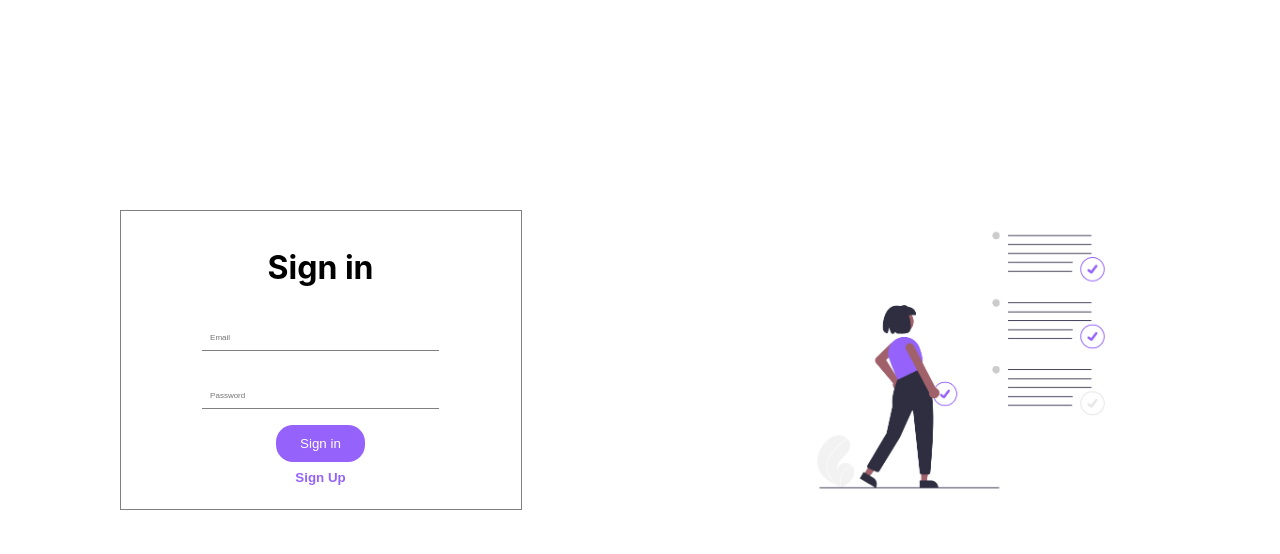
Repository: EEOOOO/wanted-pre-onboarding-fe
Page: / (app in to-do-list-app/)
The author's editor kept a copy of each file at every save. The page is drawn from the files as they stood at one save, then again after the next save.
The browser window is 1280 px wide. The pictures show the whole page.
The project was rebuilt for these pictures with package versions that can differ from the ones it lists, and the page was loaded fresh each time. Also part of the build but not shown: to-do-list-app/src/components/sign_up/sign_up.module.css, to-do-list-app/src/components/sign_up/sign_up.jsx, to-do-list-app/src/components/todoList/todo_list.jsx.

Above is the page before, as saved 2022-08-22 00:30:56.

### to-do-list-app/public/index.html
<!DOCTYPE html>
<html lang="en">
  <head>
    <meta charset="utf-8" />
    <link rel="icon" href="%PUBLIC_URL%/logo.png" />
    <meta name="viewport" content="width=device-width, initial-scale=1" />
    <meta name="theme-color" content="#000000" />
    <meta
      name="description"
      content="Web site created using create-react-app"
    />
    <link rel="apple-touch-icon" href="%PUBLIC_URL%/logo.png" />
    <link rel="manifest" href="%PUBLIC_URL%/manifest.json" />
    <title>Todo List App</title>
  </head>
  <body>
    <div id="root"></div>
  </body>
</html>

### to-do-list-app/src/App.js
import style from './app.module.css';
import { Routes, Route } from 'react-router-dom'
import Login from './components/login/login';
import TodoList from './components/todoList/todo_list';

function App() {
  return <div className={style.App}>
    <Routes>
      <Route path="/" element={<Login/>}></Route>
      <Route path="todo" element={<TodoList/>}></Route>
    </Routes>
  </div>
}

export default App;

### to-do-list-app/src/components/login/login.jsx
import React, { useState } from 'react';
import SignIn from '../sign_in/sign_in';
import SignUp from '../sign_up/sign_up';
import style from '../login/login.module.css';
import loginImage from '../login/login_img.png';

const Login = (props) => {
    const goTosignUp = () => {
        setViewableScreen(<SignUp/>)
    }
    const signIn = <SignIn goToSignUp={goTosignUp}/>
    let [viewableScreen, setViewableScreen] = useState(signIn);
    return (
        <div className={style.login}>
            <div className={style.inputContainer}>{viewableScreen}</div>
            <img src={loginImage} className={style.coverImage}/>
        </div>
    )
}

export default Login;

### to-do-list-app/src/components/sign_in/sign_in.jsx
import React from 'react';
import LoginInputForm from '../login_input_form/login_input_form';
import style from '../sign_in/sign_in.module.css'

const SignIn = ({goToSignUp}) => {
    const handleSignInSubmit = (event) => {
        //event.preventDefault();
        console.log(event);
    }
    return(
        <div className={style.signIn}>
            <h1>Sign in</h1>
            <LoginInputForm handleSubmit={handleSignInSubmit} submitContent={'Sign in'}/>
            <button className={style.signUpButton} onClick={goToSignUp}>Sign Up</button>
        </div>
    )
}

export default SignIn;

### to-do-list-app/src/components/login/login.module.css
.login {
  display: flex;
  height: 100vh;
  justify-content: space-around;
  align-items: center;
}
.inputContainer {
  width: 50%;
  border: 1px solid gray;
  min-width: 235px;
  max-width: 400px;
}
.coverImage {
  width: 50%;
  min-width: 235px;
  max-width: 400px;
}

### to-do-list-app/src/components/login_input_form/login_input_form.jsx
import React from 'react';
import style from '../login_input_form/login_input_form.module.css';
const LoginInputForm = ({handleSubmit, submitContent}) => {
    return (
    <form className={style.inputForm} onSubmit={handleSubmit}>
        <div className={style.email}>
            <input
            type="text"
            className={style.inputEmail}
            placeholder='Email'></input>
        </div>
        <div className={style.password}>
            <input
            type="text"
            className={style.inputPassWord}
            placeholder='Password'></input>
        </div>
        <button type="submit" className={style.submitButton}>{submitContent}</button>
    </form>
    );
};

export default LoginInputForm;

### to-do-list-app/src/components/sign_in/sign_in.module.css
.signIn {
  padding: 1rem;
}
.signUpButton {
  background-color: transparent;
  border: none;
  padding: 0.5rem;
  color: rgb(149, 99, 251);
  font-weight: 600;
}

### to-do-list-app/src/components/login_input_form/login_input_form.module.css
.email,
.password {
  display: flex;
  flex-direction: column;
  align-items: center;
}
input {
  width: 60%;
  font-size: 0.5rem;
  padding: 0.5rem;
  margin: 1rem;
  border: none;
  border-bottom: 0.5px solid gray;
}
.submitButton {
  background-color: rgb(149, 99, 251);
  color: white;
  border: none;
  padding: 0.7rem 1.5rem;
  border-radius: 17px;
}

Loaded but not shown: to-do-list-app/src/index.js (common file); to-do-list-app/src/index.css (common file); to-do-list-app/src/reportWebVitals.js (common file); to-do-list-app/src/app.module.css (common file)

After the next save:
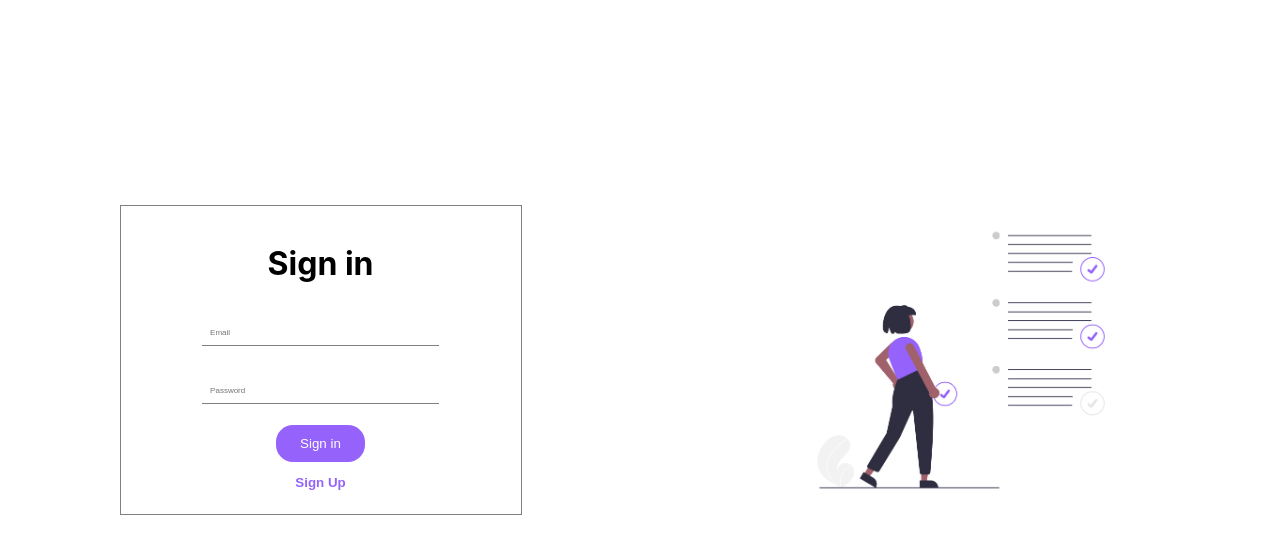
Saved 19 s later.
--- a/to-do-list-app/src/components/login_input_form/login_input_form.module.css
+++ b/to-do-list-app/src/components/login_input_form/login_input_form.module.css
@@ -18,4 +18,5 @@ input {
   border: none;
   padding: 0.7rem 1.5rem;
   border-radius: 17px;
+  margin: 0.3rem;
 }
